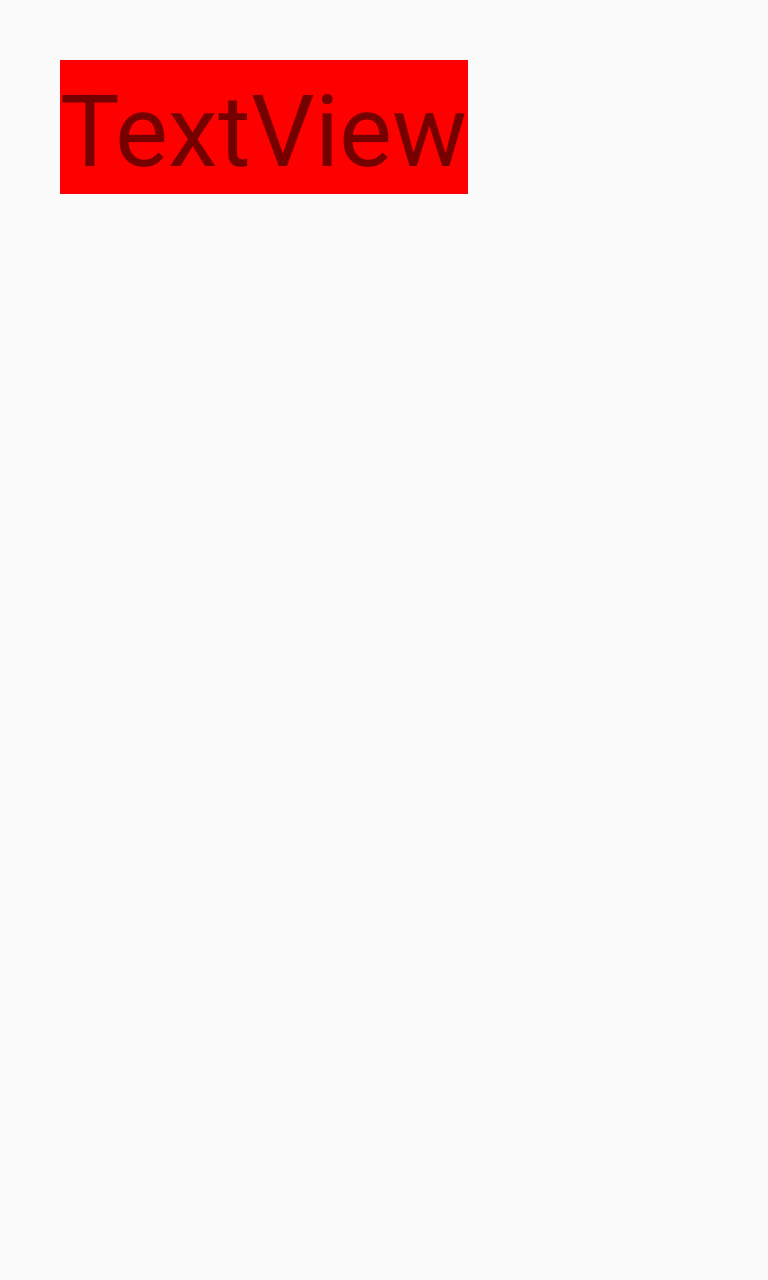
Repository: anqiongdy/androidworkspace
Layout: Layout/res/layout/first_layout.xml
An editor plug-in stored every save of this project. The layout is shown before and after the next save, followed by the edit.
It is drawn on a 768 x 1280 px phone screen (xhdpi) without system bars, with theme AppTheme; the app's code is not run.

Above is the layout before, as saved 2014-05-03 14:01:07.

### Layout/res/layout/first_layout.xml
<?xml version="1.0" encoding="utf-8"?>
<LinearLayout xmlns:android="http://schemas.android.com/apk/res/android"
    android:layout_width="match_parent"
    android:layout_height="match_parent"
    android:orientation="vertical" >
    <TextView
        android:layout_width="wrap_content"
        android:layout_height="wrap_content"
        android:background="#FF0000"
        android:layout_margin="30dp"
        android:textSize="50dp"
        android:text="TextView"/>
<!--
        <TextView
        android:layout_width="wrap_content"
        android:layout_height="wrap_content"
        android:background="#00FF00"
        android:textSize="50sp"
        android:text="TextView"/> -->

</LinearLayout>

Loaded but not shown: Layout/res/values/styles.xml (common file); Layout/res/values-v11/styles.xml (common file); Layout/res/values-v14/styles.xml (common file)

After the next save:
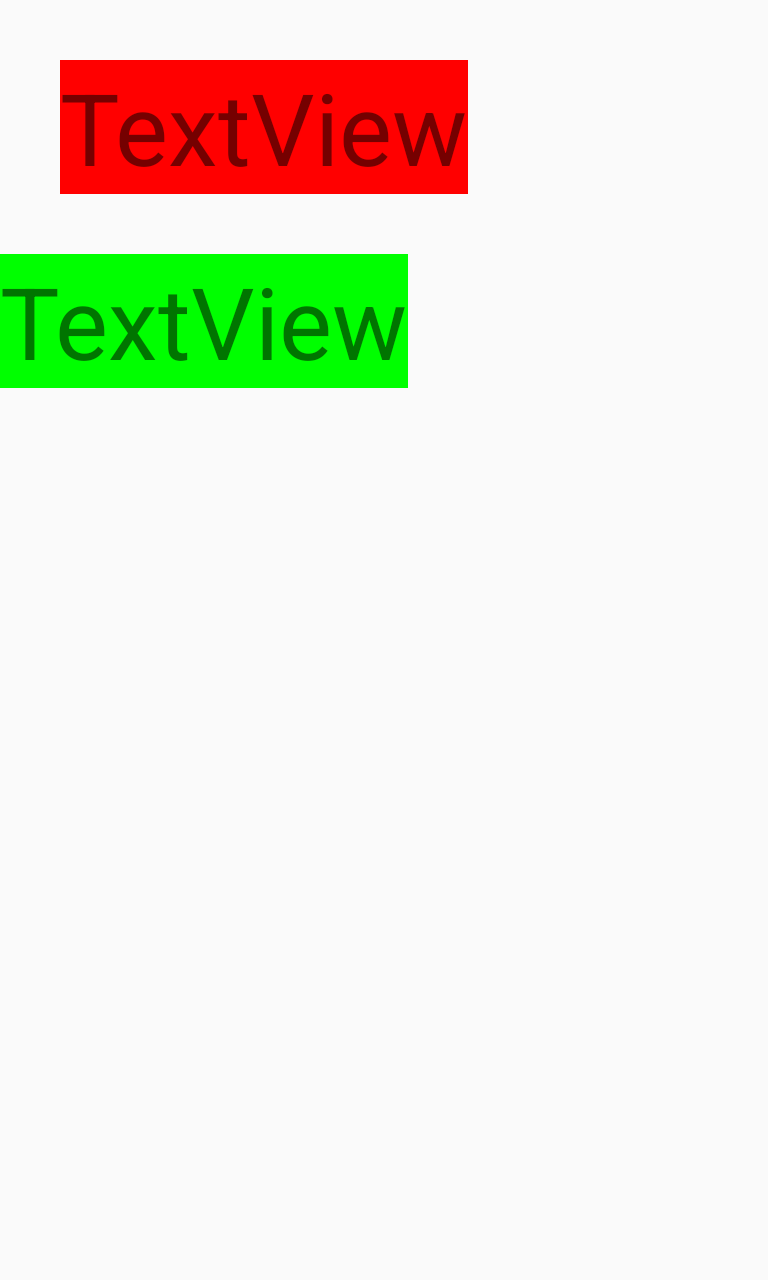
Saved 69 s later.
--- a/Layout/res/layout/first_layout.xml
+++ b/Layout/res/layout/first_layout.xml
@@ -10,12 +10,12 @@
         android:layout_margin="30dp"
         android:textSize="50dp"
         android:text="TextView"/>
-<!--
+
         <TextView
         android:layout_width="wrap_content"
         android:layout_height="wrap_content"
         android:background="#00FF00"
-        android:textSize="50sp"
-        android:text="TextView"/> -->
+        android:textSize="50dp"
+        android:text="TextView"/>
 
 </LinearLayout>
